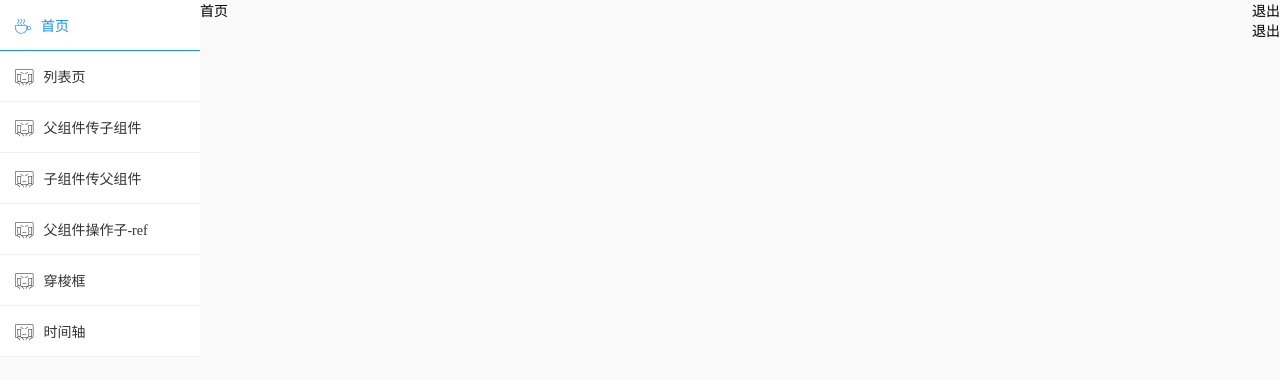
Repository: Serendipity-Zhang/vue-cli4
Page: /home
An editor plug-in stored every save of this project. The page is shown before and after the next save, followed by the edit.
The browser window is 1280 px wide. The pictures show the whole page.
The project was rebuilt for these pictures with package versions that can differ from the ones it lists, and the page was loaded fresh each time. Also part of the build but not shown: vue.config.js. Imported but missing from the stored project, and not drawn on this page: src/views/loan-input/index.

Above is the page before, as saved 2020-05-17 08:25:12.

### src/App.vue
<template>
  <div id="app">
    <!-- 左侧内容 -->
    <!-- <Nav /> -->
    <!-- 右侧内容 -->
    <!-- <div> -->
      <!-- 展示的出口 -->
      <router-view />
    <!-- </div> -->
  </div>
</template>

<script>
import Nav from './views/Nav.vue'; //导入

export default {
  name: 'App',
  data(){
    return {

    }
  },
  method:{

  },
  components:{  //组件
    Nav
  }

}
</script>

<style>
 @import './assets/css/index.css';
 #app {
   height:100%;
 }

</style>

### src/assets/css/index.css
* {
    padding: 0px;
    margin: 0px;
}
ul {
    list-style-type: none;
}

a {
    color: #333;
    text-decoration: none;
}
body {
    font-size: 14px;
    background-color: #f9f9f9;
}
body,html{
    width:100%;
    height:100%;
}
.tree {
    width: 200px;
    height: 100%;
    background: #fff;
    float: left;
}
.tree> ul {
    height: 100%;
}
.p_title {
    color: #333;
    display: block;
    padding: 15px;
    cursor:pointer;
    border-bottom: 1px solid #f1f1f1;
}
.selected {
    color: #1890ff;
    border-bottom: 1px solid #1890ff;
}
.p_title> i{
    padding-right:10px;
}
.p_title b{
    float: right;
    transition:all ease 1s;
    -webkit-transition:all ease 1s;
    -o-transition:all ease 1s;
    -moz-transition:all ease 1s;
    -ms-transition:all ease 1s;
}
.up {
    transform:rotate(0deg);
}
.down {
    transform:rotate(180deg);
}
.p_title:hover {
    color: #1890ff;
    border-bottom: 1px solid #1890ff;
}

.c_item a {
    display: block;
    padding: 10px 20px 10px 40px;
    background: #fff;
    color: #333;
    cursor:pointer;
}

.c_item a:hover {
    color: #1890ff;
    background: #e6f7ff;
    border-right: 4px solid #1890ff;
}

.banner {
    position: relative;
    float:left;
}
.banner .banner-circle {
    position: absolute;
    bottom: 5px;
    left: 0;
    right: 0;
    color: #fff;
}
.banner .banner-circle li{
    display:inline-block;
    background: rgba(0,0,0,.3);
    border-radius: 50%;
    padding:5px;
    margin:2px;
}
.banner .banner-circle ul {
    text-align: center;
}
.banner .banner-circle .selected {
    background: rgba(0,0,0,.8);
}
.banner img {
    max-width: 100%;
    margin: 0;
    padding: 0;
}

### src/router/routes.js
export default [
    {
        path: '/',
        name: 'login',
        component: ()=>import('../views/Login.vue')
      },
      {
          path:'/',
          component: ()=>import('../layout/index'),
          redirect: '/home',
          children:[
            {
              path: 'home',
              name: 'home',
              component: ()=>import('../views/home'),
              meta:{
                title:'首页'
              }
            }
          ]

      }

    // {
    //     path: '/', //路径
    //     name: 'Home',
    //     component: () =>
    //         import ('../views/Banner.vue') //匹配的组件
    // },
    // {
    //     path: '/home', //路径
    //     component: () =>
    //         import ('../views/home.vue') //匹配的组件
    // },
    // {
    //     path: '/list', //路径
    //     component: () =>
    //         import ('../views/List.vue') //匹配的组件
    // },
    // {
    //     path: '/transfer', //路径
    //     component: () =>
    //         import ('../views/transfer.vue') //匹配的组件
    // },
    // {
    //     path: '/timeLine', //路径
    //     component: () =>
    //         import ('../views/timeLine.vue') //匹配的组件
    // },
    // {
    //     path: '/toSon', //父-子
    //     component: () =>
    //         import ('../views/FtoS/index.vue') //匹配的组件
    // },
    // {
    //     path: '/toFather', //子-父
    //     component: () =>
    //         import ('../views/StoF/index.vue') //匹配的组件
    // },
    // {
    //     path: '/actionSon', //父操作子
    //     component: () =>
    //         import ('../views/FactionS/index.vue') //匹配的组件
    // },
    // {
    //     path: '/actionSon', //父操作子
    //     component: () =>
    //         import ('../views/FactionS/index.vue') //匹配的组件
    // }
]

### src/layout/index.vue
<template>
  <div>
      <el-container>
        <el-aside width="200px">
            <!-- 左侧导航 -->
            <Sidebar />
        </el-aside>
        <el-container>
            <el-header>
                <!-- 面包屑 -->
                <Nav />
            </el-header>
            <el-main>
                <!-- 右侧主内容 -->
                <Main />
            </el-main>
        </el-container>
    </el-container>
  </div>
</template>

<script>
import {Sidebar,Nav,Main} from './components'
// import Sidebar from './components/Sidebar';
// import Nav from './components/Nav';
// import Main from './components/Main';

export default {
  data () {
    return {

    }
  },
  components:{
      Sidebar,
      Nav,
      Main
  }
}
</script>

<!-- Add "scoped" attribute to limit CSS to this component only -->
<style  lang="scss">

// .el-header, .el-footer {
//     background-color: #B3C0D1;
//     color: #333;
//     text-align: center;
//     line-height: 60px;
//   }

//   .el-aside {
//     background-color: #D3DCE6;
//     color: #333;
//     text-align: center;
//     line-height: 200px;
//   }

//   .el-main {
//     background-color: #E9EEF3;
//     color: #333;
//     text-align: center;
//     line-height: 160px;
//   }

//   body > .el-container {
//     margin-bottom: 40px;
//   }

//   .el-container:nth-child(5) .el-aside,
//   .el-container:nth-child(6) .el-aside {
//     line-height: 260px;
//   }

//   .el-container:nth-child(7) .el-aside {
//     line-height: 320px;
//   }
</style>

### src/views/home.vue
<!-- 组件说明 -->
<template>
  <div class=''>
    <!-- <Nav /> -->
    <div>
      <!-- <router-view /> -->
    </div>
    <!--  -->
  </div>
</template>

<script>
  // import Nav from './Nav'
  export default {
    components: {
          //  Nav
    },
    data () {
      return {

      };
    },
    computed: {

    },
    methods: {

    },
mounted() {

},
beforeCreate() {}, //生命周期 - 创建之前
beforeMount() {}, //生命周期 - 挂载之前
beforeUpdate() {}, //生命周期 - 更新之前
updated() {}, //生命周期 - 更新之后
beforeDestroy() {}, //生命周期 - 销毁之前
destroyed() {}, //生命周期 - 销毁完成
activated() {}, //如果页面有keep-alive缓存功能，这个函数会触发
  }
</script>

<style>
</style>

### src/layout/components/Sidebar.vue
<template>
  <div class="tree">
      <ul>
        <li class="p_item" v-for="(v,i) in items" :key="i">
          <router-link :to="v.url"
              class="p_title"
              @click="n=i">
            <i class="iconfont" :class="v.icon"></i>{{v.name}}
          </router-link>
        </li>
      </ul>
    </div>
</template>

<script>
export default {
  name:'',
  data(){
    return{
      n:1,
      items:[
          {
              name:'首页',
              icon:'icon-shenghuo',
              url:'/home'
          },
          {
              name:'列表页',
              icon:'icon-biaoqingleiben',
              url:'/list'
          },
          {
              name:'父组件传子组件',
              icon:'icon-biaoqingleiben',
              url:'/toSon'
          },
          {
              name:'子组件传父组件',
              icon:'icon-biaoqingleiben',
              url:'/toFather'
          },
          {
              name:'父组件操作子-ref',
              icon:'icon-biaoqingleiben',
              url:'/actionSon'
          },
          {
              name:'穿梭框',
              icon:'icon-biaoqingleiben',
              url:'/transfer'
          },
          {
              name:'时间轴',
              icon:'icon-biaoqingleiben',
              url:'/timeLine'
          }
      ]
    }
  }
}
</script>

<style>

</style>

### src/layout/components/Nav.vue
<template>
    <div>
      <el-breadcrumb separator="/">
          <el-breadcrumb-item v-for="(item,i) in items" :key="i">
            {{item.meta.title}}
          </el-breadcrumb-item>
      </el-breadcrumb>

    <!-- 右侧下拉 -->
    <div class="right-dropdown">
      <el-dropdown>
        <span class="el-dropdown-link">
          退出<i class="el-icon-arrow-down el-icon--right"></i>
        </span>
        <el-dropdown-menu slot="dropdown">
          <el-dropdown-item >
            <span style="display:block;" @click="logout">退出</span>
          </el-dropdown-item>
        </el-dropdown-menu>
      </el-dropdown>
      </div>
    </div>
</template>

<script>
export default {
  data () {
    return {
      items:[]
    }
  },
  methods:{
    getRouter(){
      //this.$route.matched  包含当前匹配的路由中所有对应的配置参数对象
      console.log(this.$route.matched);
      // this.items = this.$route.matched;
      var tmp = null;
      this.items = this.$route.matched.filter(v=> {
        if (v.meta && v.meta.title && tmp != v.meta.title){
        tmp = v.meta.title;
          return true;
        }
      });
      console.log(this.items);
    },
     logout(){
       this.$store.dispatch('Logout')
        .then(d=>{
          this.$router.push('/login');
        })
        .catch(error=>{

        })
     }

  },
  created(){
    this.getRouter();
  },
  watch:{
    $route(to,from) {  //监听路由变化
      this.getRouter();
    }
  }
}
</script>

<!-- Add "scoped" attribute to limit CSS to this component only -->
<style  lang="scss">
.right-dropdown {
  float:right;
}
</style>

### src/layout/components/Main.vue
<template>
        <router-view />
</template>

<script>
export default {
  data () {
    return {

    }
  }
}
</script>

<!-- Add "scoped" attribute to limit CSS to this component only -->
<style  lang="scss">

</style>

### src/views/Nav.vue
<template>
  <div class="tree">
      <ul>
        <li class="p_item" v-for="(v,i) in items" :key="i">
          <router-link :to="v.url"
              class="p_title"
              @click="n=i">
            <i class="iconfont" :class="v.icon"></i>{{v.name}}
          </router-link>
        </li>
      </ul>
    </div>
</template>

<script>
export default {
  name:'',
  data(){
    return{
      n:1,
      items:[
          {
              name:'首页',
              icon:'icon-shenghuo',
              url:'/home'
          },
          {
              name:'列表页',
              icon:'icon-biaoqingleiben',
              url:'/list'
          },
          {
              name:'父组件传子组件',
              icon:'icon-biaoqingleiben',
              url:'/toSon'
          },
          {
              name:'子组件传父组件',
              icon:'icon-biaoqingleiben',
              url:'/toFather'
          },
          {
              name:'父组件操作子-ref',
              icon:'icon-biaoqingleiben',
              url:'/actionSon'
          },
          {
              name:'穿梭框',
              icon:'icon-biaoqingleiben',
              url:'/transfer'
          },
          {
              name:'时间轴',
              icon:'icon-biaoqingleiben',
              url:'/timeLine'
          }
      ]
    }
  }
}
</script>

<style>

</style>

Loaded but not shown: public/index.html (common file); src/store/index.js (common file); src/router/index.js (35 lines, source omitted); src/main.js (26 lines, source omitted); src/layout/components/index.js (3 lines, source omitted); src/assets/font/iconfont.css (66 lines, source omitted)

After the next save:
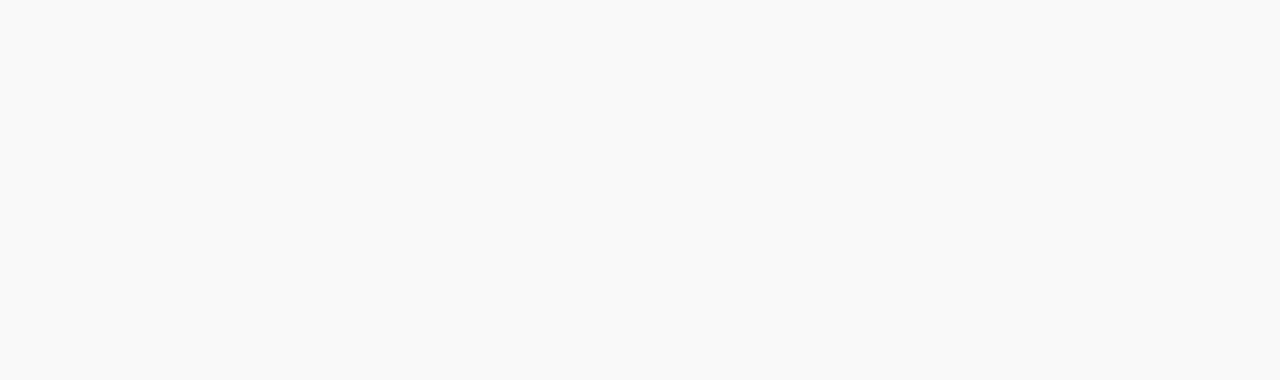
Console error: ReferenceError: Layout is not defined
Saved 2 min 46 s later.
--- a/src/router/routes.js
+++ b/src/router/routes.js
@@ -19,7 +19,22 @@
             }
           ]
 
-      }
+      },
+      {
+        path: '/loan-input',     //贷款申请
+        component: Layout,
+        redirect:'/loan-input/index',
+        children:[
+          {
+            path: 'index',
+            name: 'loan-input',
+            component: ()=>import('@/views/loan-input/index'),
+            meta:{
+              title:'贷款申请'
+            }
+          }
+        ]
+      },
 
     // {
     //     path: '/', //路径

After the save that followed:
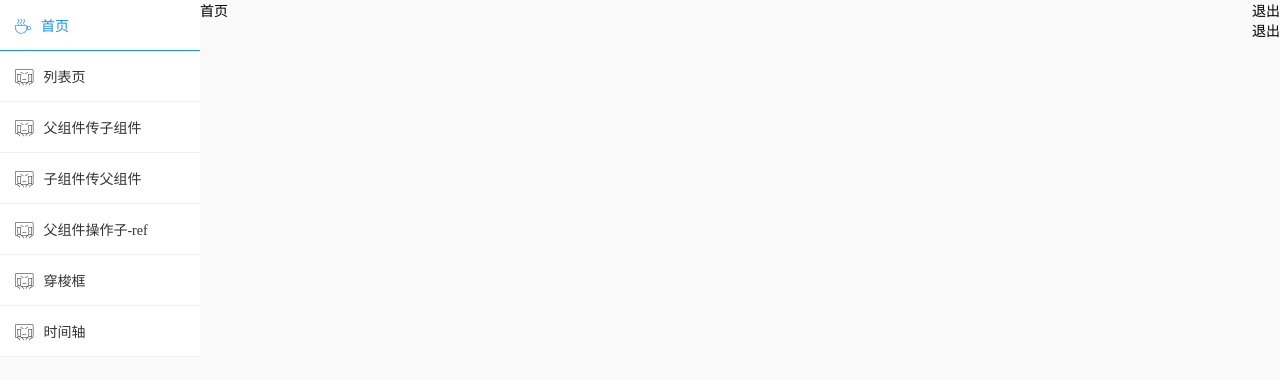
The error is gone.
Saved 8 s later.
--- a/src/router/routes.js
+++ b/src/router/routes.js
@@ -22,7 +22,7 @@
       },
       {
         path: '/loan-input',     //贷款申请
-        component: Layout,
+        component: ()=>import('../layout/index'),
         redirect:'/loan-input/index',
         children:[
           {
